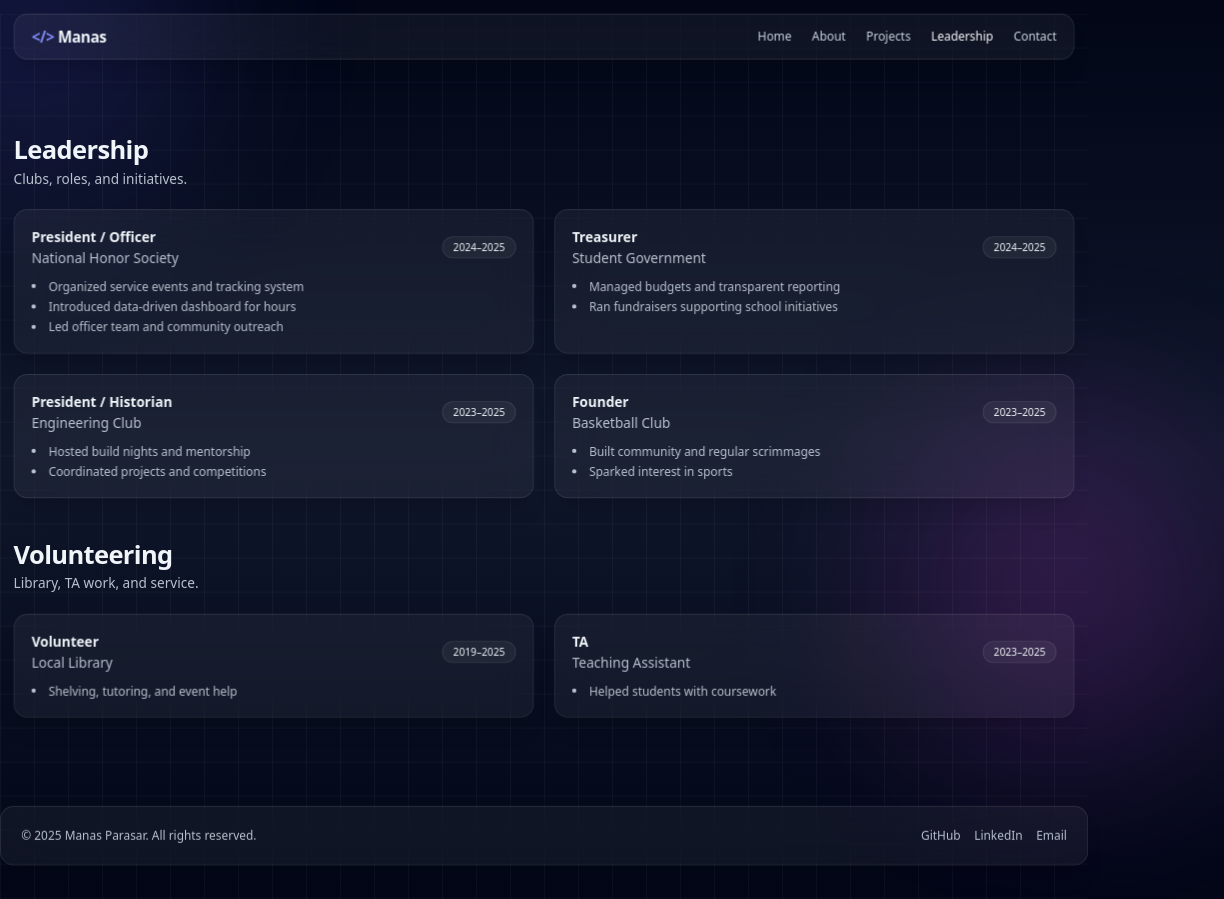
Repository: Manas-Parasar/portfolio-manas-parasar
Page: /leadership
An editor plug-in stored every save of this project. The page is shown before and after the next save, followed by the edit.
The browser window is 1280 px wide. The page is 1440 px wide, so the pictures cover 1440 px, including what lies to the right of the window. The pictures show the whole page, at 85% of full size.
The project was rebuilt for these pictures with package versions that can differ from the ones it lists, and the page was loaded fresh each time. Also part of the build but not shown: vite.config.js, src/components/Hero.jsx, src/components/ProjectCard.jsx, src/pages/Home.jsx, src/pages/About.jsx, src/pages/Projects.jsx, src/pages/Contact.jsx.

Above is the page before, as saved 2025-08-19 17:28:00.

### index.html
<!DOCTYPE html>
<html lang="en">
  <head>
    <meta charset="UTF-8" />
    <meta name="viewport" content="width=device-width, initial-scale=1.0" />
    <title>Manas Parasar — Portfolio</title>
    <meta
      name="description"
      content="Portfolio of Manas Parasar: projects, leadership, research, and impact."
    />
    <link rel="icon" href="/favicon.svg" />
  </head>
  <body
    class="min-h-screen bg-gradient-to-b from-slate-950 via-slate-900 to-slate-950 text-slate-100"
  >
    <div id="root"></div>
    <script type="module" src="/src/main.jsx"></script>
  </body>
</html>

### src/main.jsx
import { BrowserRouter } from "react-router-dom";
import "./index.css";
import React from "react";
import ReactDOM from "react-dom/client";
import App from "./App";

ReactDOM.createRoot(document.getElementById("root")).render(
  <React.StrictMode>
    <BrowserRouter>
      <App />
    </BrowserRouter>
  </React.StrictMode>
);

### src/index.css
@tailwind base;
@tailwind components;
@tailwind utilities;

/* Subtle selection & scrollbar tweaks */
::selection {
  background: #6366f1;
  color: white;
}
::-webkit-scrollbar {
  width: 10px;
}
::-webkit-scrollbar-thumb {
  background: rgba(148, 163, 184, 0.4);
  border-radius: 999px;
}

/* Reusable utilities */
@layer utilities {
  .glass {
    @apply bg-white/5 backdrop-blur-xl border border-white/10 shadow-xl;
  }
  .btn {
    @apply inline-flex items-center gap-2 rounded-2xl px-5 py-2 font-medium transition;
  }
  .btn-primary {
    @apply btn bg-brand-600 hover:bg-brand-500 text-white;
  }
  .btn-ghost {
    @apply btn glass hover:bg-white/10;
  }
  .headline {
    @apply text-4xl md:text-5xl font-extrabold tracking-tight;
  }
  .subtle {
    @apply text-slate-300/90;
  }
}

### src/App.jsx
import { Routes, Route } from "react-router-dom";
import Navbar from "./components/Navbar";
import Footer from "./components/Footer";
import Home from "./pages/Home";
import About from "./pages/About";
import Projects from "./pages/Projects";
import Leadership from "./pages/Leadership";
import Contact from "./pages/Contact";

export default function App() {
  return (
    <div className="min-h-screen bg-grid-sheer bg-grid-sheer bg-[length:40px_40px]">
      <div className="absolute inset-0 -z-10 opacity-70" aria-hidden>
        <div className="absolute -top-40 -left-40 h-96 w-96 rounded-full bg-brand-500 blur-[120px] opacity-30 animate-float" />
        <div className="absolute -bottom-40 -right-40 h-96 w-96 rounded-full bg-fuchsia-500 blur-[120px] opacity-30 animate-float" />
      </div>
      <Navbar />
      <main className="container py-10">
        <Routes>
          <Route path="/" element={<Home />} />
          <Route path="/about" element={<About />} />
          <Route path="/projects" element={<Projects />} />
          <Route path="/leadership" element={<Leadership />} />
          <Route path="/contact" element={<Contact />} />
        </Routes>
      </main>
      <Footer />
    </div>
  );
}

### src/components/Navbar.jsx
import { Link, NavLink } from "react-router-dom";
import { Menu, X } from "lucide-react";
import { useState } from "react";

export default function Navbar() {
  const [open, setOpen] = useState(false);
  const nav = [
    { to: "/", label: "Home" },
    { to: "/about", label: "About" },
    { to: "/projects", label: "Projects" },
    { to: "/leadership", label: "Leadership" },
    { to: "/contact", label: "Contact" },
  ];

  const NavItems = ({ onClick }) => (
    <ul className="flex flex-col md:flex-row gap-4 md:gap-6 text-sm">
      {nav.map((n) => (
        <li key={n.to}>
          <NavLink
            to={n.to}
            onClick={onClick}
            className={({ isActive }) =>
              `transition hover:text-white ${
                isActive ? "text-white" : "text-slate-300"
              }`
            }
          >
            {n.label}
          </NavLink>
        </li>
      ))}
    </ul>
  );

  return (
    <header className="sticky top-0 z-50">
      <div className="container mt-4">
        <div className="glass rounded-2xl px-5 py-3 flex items-center justify-between">
          <Link to="/" className="font-black tracking-tight text-lg">
            <span className="text-brand-400">&lt;/&gt;</span> Manas
          </Link>
          <nav className="hidden md:block">
            <NavItems />
          </nav>
          <button
            className="md:hidden btn-ghost"
            onClick={() => setOpen(!open)}
            aria-label="Toggle Menu"
          >
            {open ? <X size={20} /> : <Menu size={20} />}
          </button>
        </div>
        {open && (
          <div className="md:hidden mt-2 glass rounded-2xl px-5 py-4">
            <NavItems onClick={() => setOpen(false)} />
          </div>
        )}
      </div>
    </header>
  );
}

### src/components/Footer.jsx
export default function Footer() {
  return (
    <footer className="mt-16 pb-10">
      <div className="container glass rounded-2xl p-6 flex flex-col md:flex-row items-center justify-between gap-4">
        <p className="text-sm subtle">
          © {new Date().getFullYear()} Manas Parasar. All rights reserved.
        </p>
        <div className="text-sm subtle flex gap-4">
          <a
            href="https://github.com/"
            target="_blank"
            className="hover:text-white"
          >
            GitHub
          </a>
          <a
            href="https://linkedin.com/"
            target="_blank"
            className="hover:text-white"
          >
            LinkedIn
          </a>
          <a href="mailto:manas@example.com" className="hover:text-white">
            Email
          </a>
        </div>
      </div>
    </footer>
  );
}

### src/pages/Leadership.jsx
import { TimelineItem } from "../components/TimelineItem";
import Section from "../components/Section";

export default function Leadership() {
  return (
    <>
      <Section title="Leadership" subtitle="Clubs, roles, and initiatives.">
        <div className="grid md:grid-cols-2 gap-6">
          <TimelineItem
            org="National Honor Society"
            role="President / Officer"
            period="2024–2025"
            points={[
              "Organized service events and tracking system",
              "Introduced data-driven dashboard for hours",
              "Led officer team and community outreach",
            ]}
          />
          <TimelineItem
            org="Student Government"
            role="Treasurer"
            period="2024–2025"
            points={[
              "Managed budgets and transparent reporting",
              "Ran fundraisers supporting school initiatives",
            ]}
          />
          <TimelineItem
            org="Engineering Club"
            role="President / Historian"
            period="2023–2025"
            points={[
              "Hosted build nights and mentorship",
              "Coordinated projects and competitions",
            ]}
          />
          <TimelineItem
            org="Basketball Club"
            role="Founder"
            period="2023–2025"
            points={[
              "Built community and regular scrimmages",
              "Sparked interest in sports",
            ]}
          />
        </div>
      </Section>

      <Section title="Volunteering" subtitle="Library, TA work, and service.">
        <div className="grid md:grid-cols-2 gap-6">
          <TimelineItem
            org="Local Library"
            role="Volunteer"
            period="2019–2025"
            points={["Shelving, tutoring, and event help"]}
          />
          <TimelineItem
            org="Teaching Assistant"
            role="TA"
            period="2023–2025"
            points={["Helped students with coursework"]}
          />
        </div>
      </Section>
    </>
  );
}

### src/components/Section.jsx
export default function Section({ title, subtitle, children, cta }) {
  return (
    <section className="mt-12">
      <div className="flex items-end justify-between gap-4 mb-6">
        <div>
          <h2 className="text-2xl md:text-3xl font-bold tracking-tight">
            {title}
          </h2>
          {subtitle && <p className="subtle mt-1">{subtitle}</p>}
        </div>
        {cta}
      </div>
      <div className="grid gap-6">{children}</div>
    </section>
  );
}

### src/components/TimelineItem.jsx
export function TimelineItem({ org, role, period, points = [] }) {
  return (
    <div className="glass rounded-2xl p-5">
      <div className="flex flex-col md:flex-row md:items-center md:justify-between">
        <div>
          <h3 className="font-semibold">{role}</h3>
          <p className="subtle">{org}</p>
        </div>
        <span className="text-xs mt-2 md:mt-0 px-3 py-1 rounded-full bg-white/5 border border-white/10">
          {period}
        </span>
      </div>
      {points?.length > 0 && (
        <ul className="list-disc list-inside mt-3 text-sm subtle space-y-1">
          {points.map((p, i) => (
            <li key={i}>{p}</li>
          ))}
        </ul>
      )}
    </div>
  );
}

### tailwind.config.js
/** @type {import('tailwindcss').Config} */
export default {
  content: ["./index.html", "./src/**/*.{js,jsx,ts,tsx}"],
  theme: {
    extend: {
      container: { center: true, padding: "1rem" },
      fontFamily: {
        display: ["Inter", "ui-sans-serif", "system-ui"],
      },
      colors: {
        brand: {
          50: "#eef2ff",
          100: "#e0e7ff",
          200: "#c7d2fe",
          300: "#a5b4fc",
          400: "#818cf8",
          500: "#6366f1",
          600: "#4f46e5",
          700: "#4338ca",
          800: "#3730a3",
          900: "#312e81",
        },
      },
      boxShadow: {
        glow: "0 0 0 0 rgba(99,102,241,0.5), 0 0 80px 10px rgba(99,102,241,0.25)",
      },
      backgroundImage: {
        "grid-sheer":
          "linear-gradient(rgba(255,255,255,0.04) 1px, transparent 1px), linear-gradient(90deg, rgba(255,255,255,0.04) 1px, transparent 1px)",
      },
      backgroundSize: {
        "grid-sheer": "40px 40px",
      },
      animation: {
        float: "float 6s ease-in-out infinite",
        shimmer: "shimmer 4s linear infinite",
      },
      keyframes: {
        float: {
          "0%, 100%": { transform: "translateY(0px)" },
          "50%": { transform: "translateY(-10px)" },
        },
        shimmer: {
          "0%": { backgroundPosition: "-200% 0" },
          "100%": { backgroundPosition: "200% 0" },
        },
      },
    },
  },
  plugins: [],
};

After the next save:
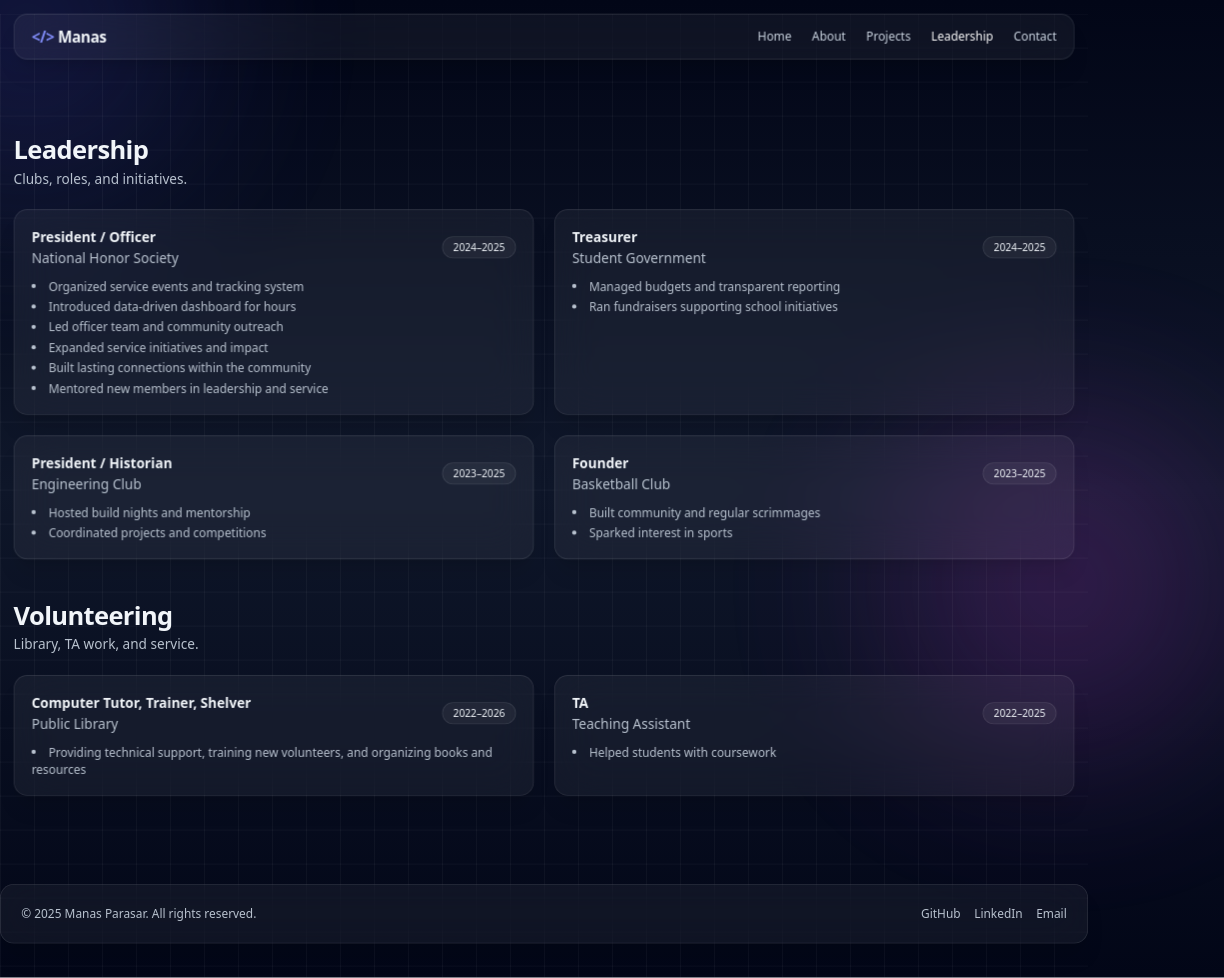
Saved 3 min 16 s later.
--- a/src/pages/Leadership.jsx
+++ b/src/pages/Leadership.jsx
@@ -14,6 +14,9 @@ export default function Leadership() {
               "Organized service events and tracking system",
               "Introduced data-driven dashboard for hours",
               "Led officer team and community outreach",
+              "Expanded service initiatives and impact",
+              "Built lasting connections within the community",
+              "Mentored new members in leadership and service",
             ]}
           />
           <TimelineItem
@@ -49,15 +52,17 @@ export default function Leadership() {
       <Section title="Volunteering" subtitle="Library, TA work, and service.">
         <div className="grid md:grid-cols-2 gap-6">
           <TimelineItem
-            org="Local Library"
-            role="Volunteer"
-            period="2019–2025"
-            points={["Shelving, tutoring, and event help"]}
+            org="Public Library"
+            role="Computer Tutor, Trainer, Shelver"
+            period="2022–2026"
+            points={[
+              "Providing technical support, training new volunteers, and organizing books and resources",
+            ]}
           />
           <TimelineItem
             org="Teaching Assistant"
             role="TA"
-            period="2023–2025"
+            period="2022–2025"
             points={["Helped students with coursework"]}
           />
         </div>
